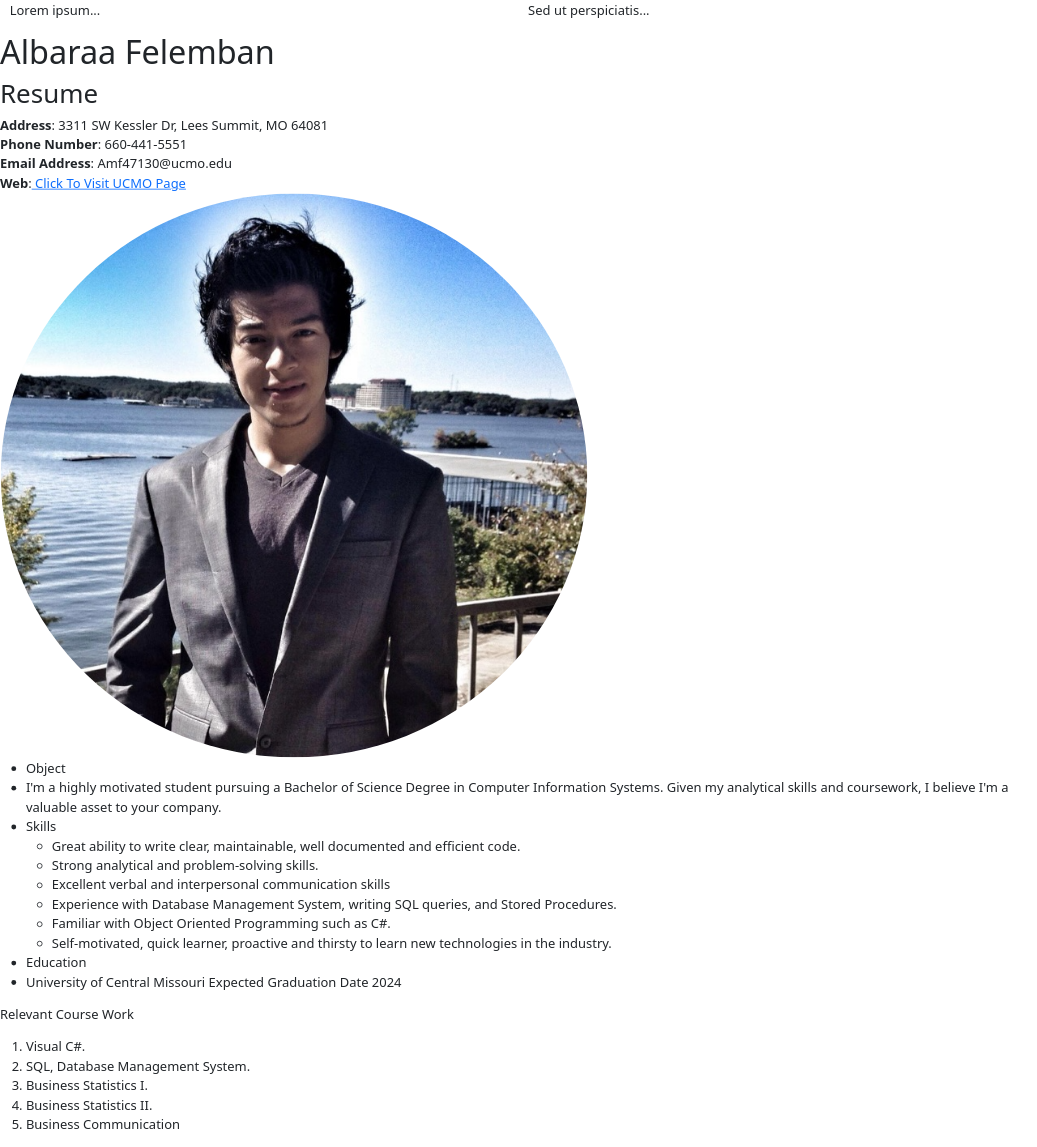
Repository: MrFelemban/RealEstate_Web-cis2625
Page: Lesson 8/index.html
The author's editor kept a record of every edit. The page is drawn from the files as they stood at one moment, then again after the next edit.
The browser window is 1280 px wide. The pictures show the whole page, at 81% of full size.

Above is the page before.

After the next edit:
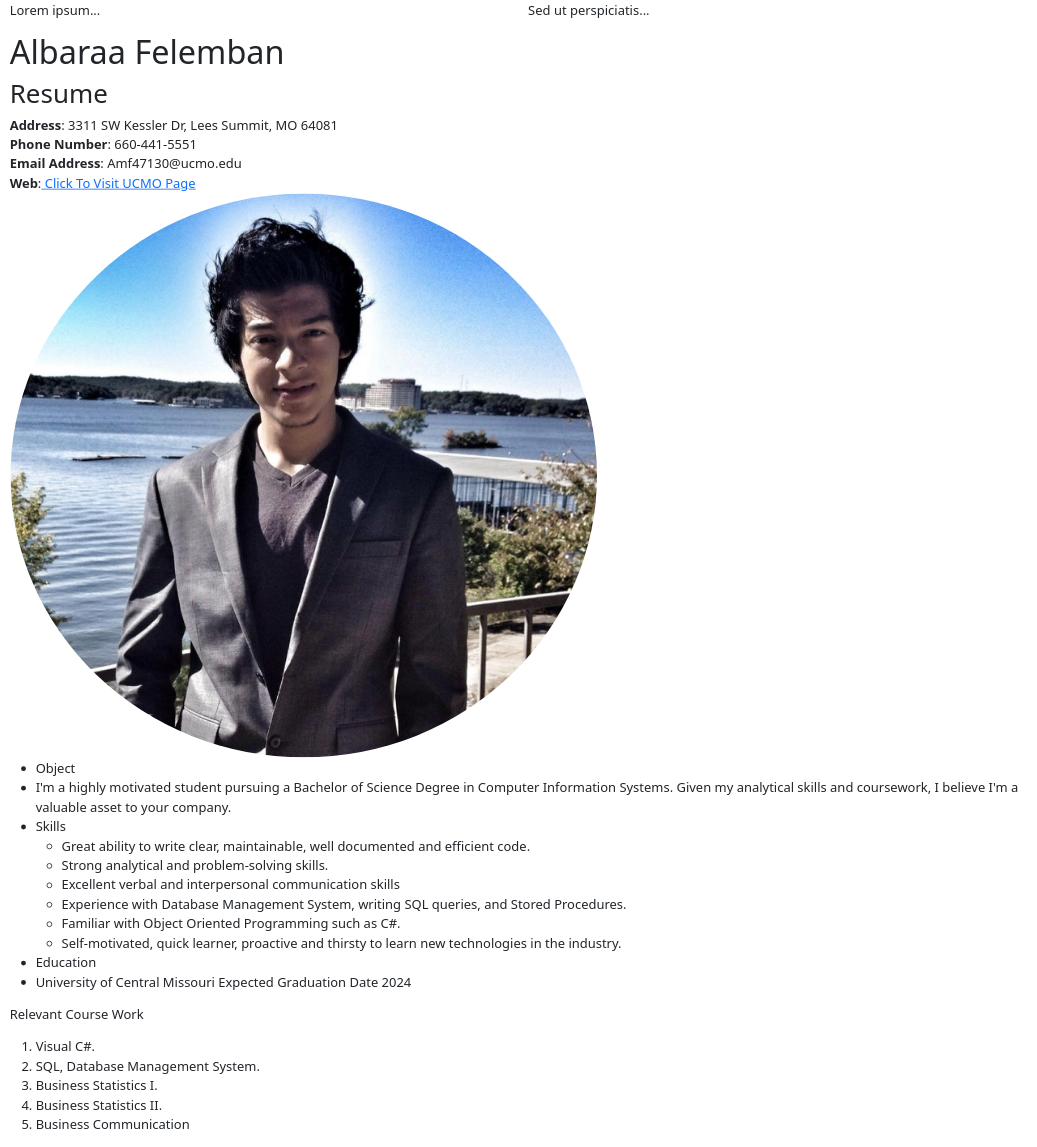
The edit:
--- a/Lesson 8/index.html
+++ b/Lesson 8/index.html
@@ -14,7 +14,8 @@
     </div>
     <div class="col-sm-9 col-md-6">
       <p>Sed ut perspiciatis...</p>
-    </div>
+      </div>
+    <div class="row">
   </div>
 </div>
 	<table name="top" id="top">
